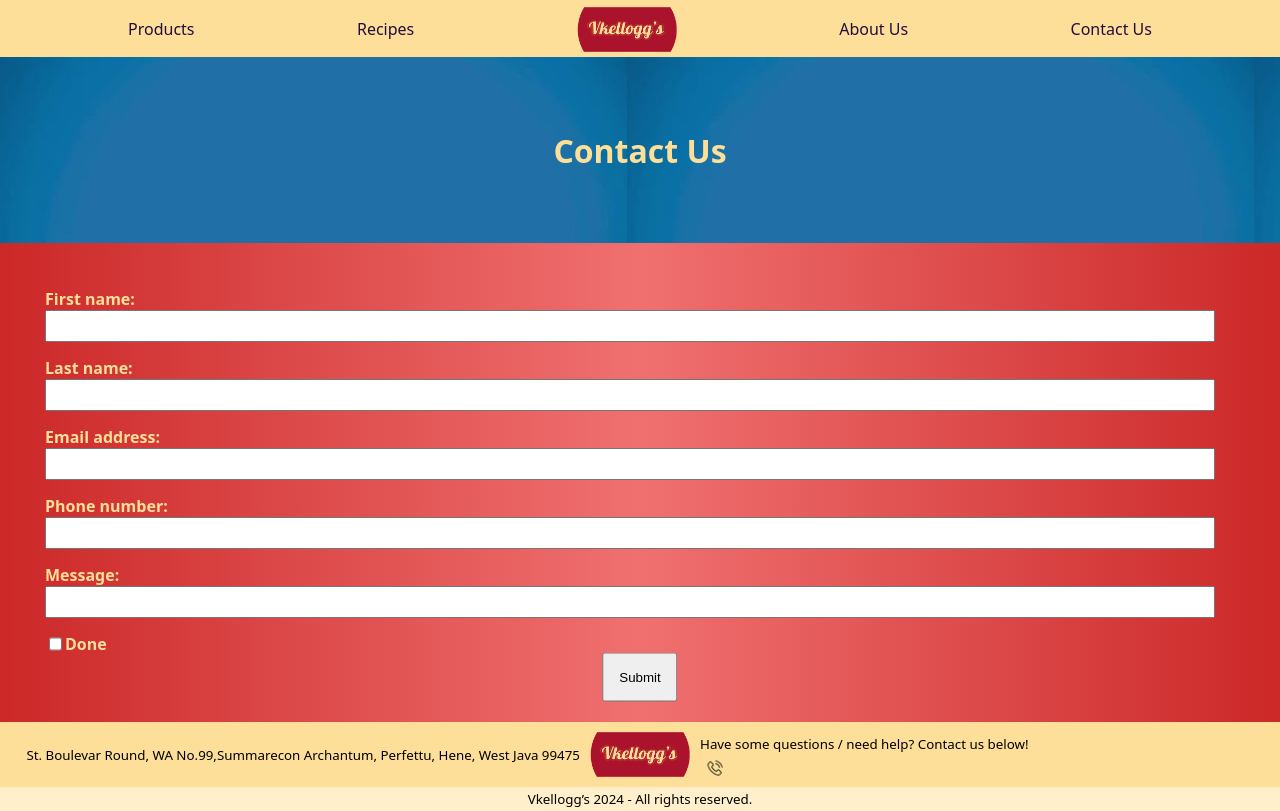
Repository: sugralld/VKelloggs
Page: Code and Assets/html/contactus.html
These files come from the project's save history. The page is drawn as it stood at one moment and after the next save; the edit follows.
The browser window is 1280 px wide. The pictures show the whole page.

Above is the page before, as saved 2024-12-04 06:45:03.

### Code and Assets/html/contactus.html
<!DOCTYPE html>
<html lang="en">
<head>
    <meta charset="UTF-8">
    <meta name="viewport" content="width=device-width, initial-scale=1.0">
    <title>Contact Us | Vkellogg's</title>
    <link rel="stylesheet" href="../css/headerfooternavbar.css">
    <link rel="stylesheet" href="../css/contactus.css">
</head>
<body>
    <!-- header navigation -->
    <header>
        <nav>
            <div class="navbar-menu">
                <div><a class="navbar-link1" href="../html/products.html">Products</a></div>
                <div><a class="navbar-link2" href="../html/recipes.html">Recipes</a></div>
                <div class="navbar-link3"><a href="../html/homepage.html"><img src="../asset/Screenshot 2024-05-30 105858.png" width="100" height="45" alt=""></a></div>
                <div><a class="navbar-link4" href="../html/aboutus.html">About Us</a></div>
                <div><a class="navbar-link5" href="../html/contactus.html">Contact Us</a></div>
            </div>
        </nav>
    </header>

    <!-- Header Contact Us -->
    <div class="header">
        <h1>Contact Us</h1>
    </div>

    <!-- Form Contact Us -->
     <div class="form">
        <form action="" method = "post">
            <div class="formformat">
                <label for="firstname">First name: </label>
                <input type="text" name="firstname" id="firstname">
                <br>

                <label for="lastname">Last name: </label>
                <input type="text" name="lastname" id="lastname">
                <br>

                <label for="email">Email address: </label>
                <input type="text" name="email" id="email">
                <br>

                <label for="phonenum">Phone number: </label>
                <input type="text" name="phonenum" id="phonenum">
                <br>

                <label for="message">Message: </label>
                <input type="text" name="message" id="message">
                <br>

            </div>
            <div class="checkbox-container">
                <input type="checkbox" name="agreement" id="agreement">
                <label for="agreement">Done</label>
            </div>
            <br>
            <div class="button-container">
                <button type="button" onclick="validateData()">Submit</button>
            </div>
        </form>
        <script src="../js/contactus.js"></script>
     </div>

     <!-- Footer -->
    <footer class="footer">
        <div class="upperfooter">
            <div class="footert1"><p>St. Boulevar Round, WA No.99,Summarecon Archantum, Perfettu, Hene, West Java 99475</p></div>
            <div class="footert2"><img src="../asset/Screenshot 2024-05-30 105858.png" width="100" height="45" alt=""></div>
            <div class="footert3">
                <p class="footert4">Have some questions / need help? Contact us below!</p>
                <a href="../html/contactus.html"><img src="../asset/image-removebg-preview (27).png" width="30" height="auto" alt=""></a>
            </div>
        </div>
        <div class="lowerfooter">
            <p class="textlowerfooter">Vkellogg’s 2024  -  All rights reserved.
            </p>
        </div>
     </footer>

</body>
</html>

### Code and Assets/css/headerfooternavbar.css
body {
    margin: 0;
    font-family: system-ui;
}

.navbar-menu{
    display: flex;
    justify-content: space-between;
    align-items: center;
    padding: 0px 10%;
    background-color: #FEDF99;
}

a:hover{
    background-color: #F5F5F5;
    border-radius: 30px;
    color: #CC2828;
}

.navbar-link1,.navbar-link2,.navbar-link4,.navbar-link5{
    font-family: system-ui;
    font-weight: 500;
    text-decoration: none;
    color: #230D3B;
}

.navbar-link3{
    display: block;
    margin-top: 0.7%;
    margin-bottom: 0px;
}

.footer{
    position: bot;
}

.upperfooter{
    display: flex;
    background-color: #FEDF99;
    justify-content: center;
    align-items: center;
}

.footert1,.footert3{
    padding: 0px 10px;
    display: block;
    width: 1200px;
    font-size: smaller;
}

.footert1{
    text-align: right;
}

.footert3{
    text-align: left;
}

.footert2{
    margin-top: 4px;
}

.lowerfooter{
    background-color: #FFEFCB;
    padding: 0;
    margin: 0px;
}

.textlowerfooter{
    margin: 0;
    padding: 3px;
    font-size: smaller;
    text-align: center;
}

.footert4{
    margin-bottom: 0;
}

### Code and Assets/css/contactus.css
.header{
    background-image: url(../asset/copydesktop-wallpaper-kellogg-s-frosted-flakes-breakfast-cereal-original-33-5-oz-box.jpg);
    display: block;
    padding: 50px;
    text-align: center;
    color: #FEDF99;
}

.form{
    margin: 0 auto;
    background: linear-gradient(0.25turn,#CC2828,#F07070,#CC2828);
    padding: 45px;
    font-weight: bold;
    color: #FEDF99;
}

.formformat label{
    display: block;
}

.formformat input[type="text"]{
    width: calc(100% - 20px);
    max-width: 100%;
    margin: 0 auto 15px;
    padding: 5px;
    box-sizing: border-box;
    font-family: Arial, sans-serif;
    font-size: 16px;
}

.checkbox-container{
    display: flex;
}

.button-container{
   text-align: centers;
   position: absolute;
   left: 50%;
   transform: translate(-50%, -50%);

 }

.button-container button{
   display: inline-block;
   padding: 15px 15px;
}

### Code and Assets/js/contactus.js
function wordLen(str) {
    const value = str.trim().split(/\s+/);
    return value.length;
}

function checkAlphaNum(password){
    var isAlpha = false;
    var isNum = false;
    for(let i=0; i<password.length; i++){
        if(isNaN(password[i])){
            isAlpha = true;
        }
        else{
            isNum = true;
        }

        if(isAlpha || isNum){
            return true;
        }
    }
    return false;
}


function validateData(){
    var firstname = document.getElementById("firstname");
    var lastname = document.getElementById("lastname");
    var email = document.getElementById("email");
    var phonenum = document.getElementById("phonenum");
    var message = document.getElementById("message");
    var agreement = document.getElementById("agreement");

    if(!checkAlphaNum(firstname.value)){
        alert("First name must be alphabet!");
    }
    else if(!checkAlphaNum(lastname.value)){
        alert("Last name must be alphabet!");
    }
    else if(!email.value.endsWith("@gmail.com")){
        alert("Email must end with '@gmail.com'!");
    }
    else if(!checkAlphaNum(phonenum.value)){
        alert("Phone number must be numeric!");
    }
    else if(wordLen(message.value)<5){
        alert("Message must be at least 5 words!");
    }
    else if(!agreement.checked){
        alert("'Done' checkbox must be checked!");
    }
    else{
        alert("Message Submitted.");
    }

}

After the next save:
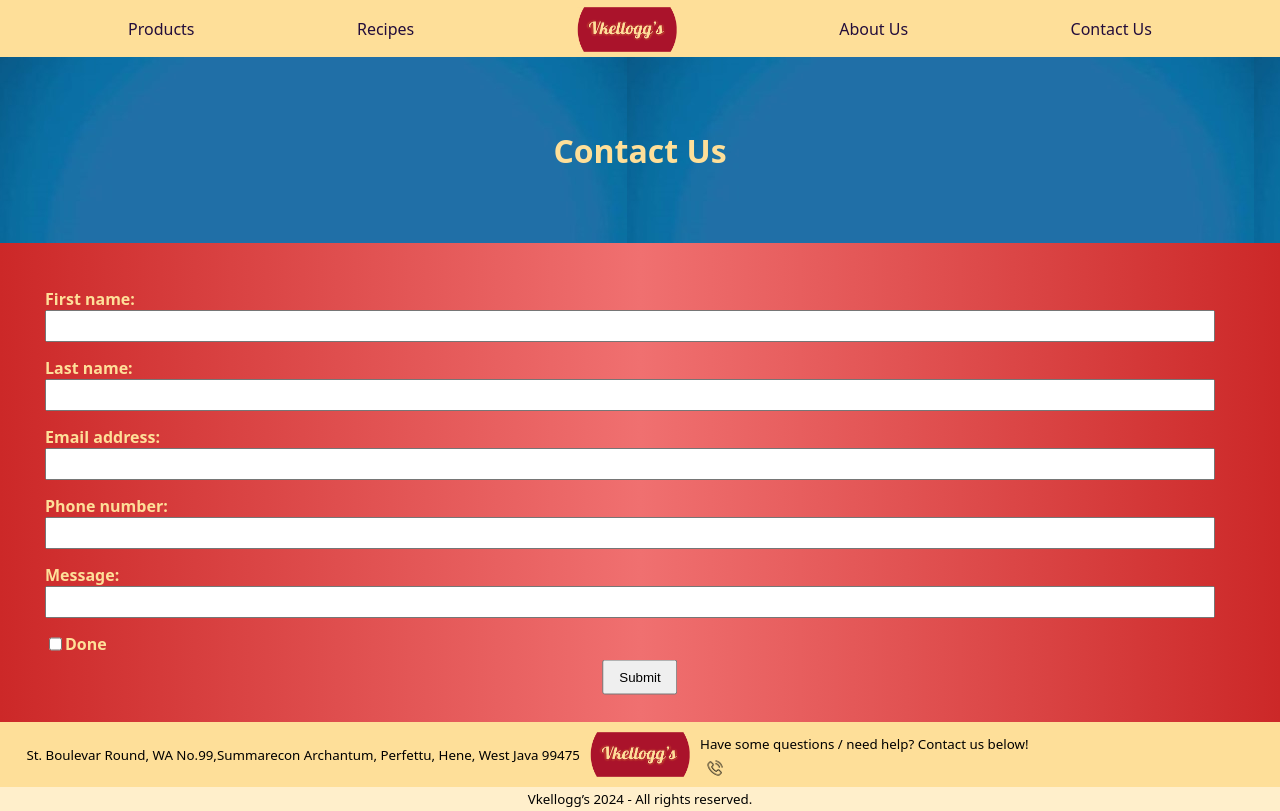
Saved 4 s later.
--- a/Code and Assets/css/contactus.css
+++ b/Code and Assets/css/contactus.css
@@ -42,5 +42,5 @@
 
 .button-container button{
    display: inline-block;
-   padding: 15px 15px;
+   padding: 8px 15px;
 }
